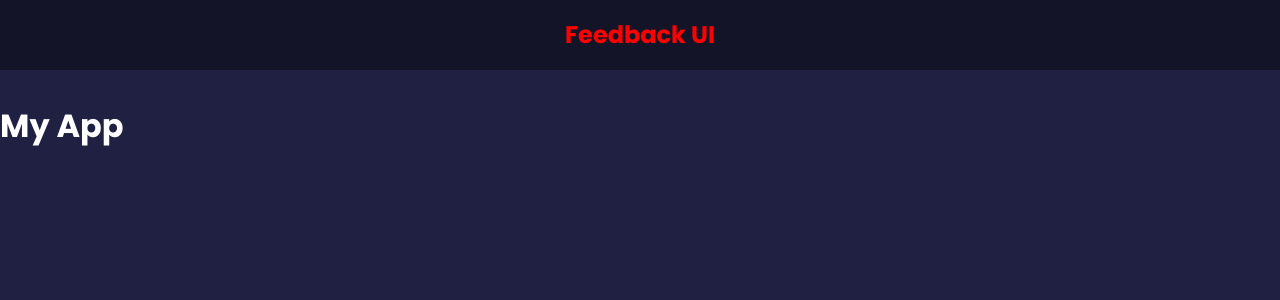
Repository: haokiet2501/feedback-app
Page: /
The author's editor kept a copy of each file at every save. The page is drawn from the files as they stood at one save, then again after the next save.
The browser window is 1280 px wide. The pictures show the whole page.
The project was rebuilt for these pictures with package versions that can differ from the ones it lists, and the page was loaded fresh each time.

Above is the page before, as saved 2022-02-23 09:10:41.

### public/index.html
<!DOCTYPE html>
<html lang="en">
  <head>
    <meta charset="utf-8" />
    <link rel="icon" href="%PUBLIC_URL%/favicon.ico" />
    <meta name="viewport" content="width=device-width, initial-scale=1" />
    <meta name="theme-color" content="#000000" />
    <meta
      name="description"
      content="Web site created using create-react-app"
    />
    <link rel="apple-touch-icon" href="%PUBLIC_URL%/logo192.png" />

    <link rel="manifest" href="%PUBLIC_URL%/manifest.json" />

    <title>Feedback App</title>
  </head>
  <body>
    <noscript>You need to enable JavaScript to run this app.</noscript>
    <div id="root"></div>

  </body>
</html>

### src/index.js
import React from 'react'
import ReactDOM from 'react-dom'
import App from './App'
import './index.css'
ReactDOM.render (
    <React.StrictMode>
        <App />
    </React.StrictMode>,
    document.getElementById('root')
)

### src/App.js
import Header from "./components/Header"

function App() {
    return (
        <>
            <Header />
            <div className="contianer">
                <h1>My App</h1>
            </div>
        </>
    )
}

export default App

### src/components/Header.jsx
import React from 'react'
import ProTypes from 'prop-types'

const Header = ({ text, bgColor, textColor }) => {
  const handleStyles = {
      backgroundColor: bgColor,
      color: textColor
  }
  return (
    <header style={handleStyles}>
        <div className="container">
            <h2>{text}</h2>
        </div>
    </header>
  )
}

Header.defaultProps = {
    text: 'Feedback UI',
    bgColor: 'rgba(0, 0, 0, 0.4)',
    textColor: 'red'
}

Header.proTypes = {
    text: ProTypes.string,
    bgColor: ProTypes.string,
    textColor: ProTypes.string,
}

export default Header

Loaded but not shown: src/index.css (common file)

After the next save:
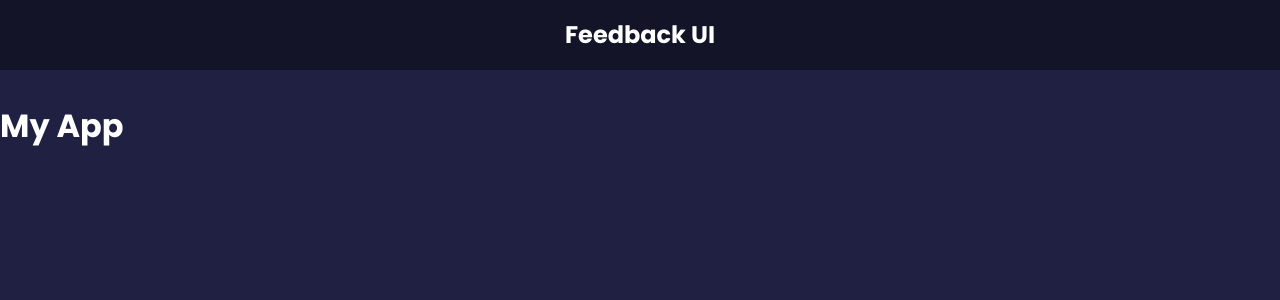
Saved 18 s later.
--- a/src/components/Header.jsx
+++ b/src/components/Header.jsx
@@ -18,7 +18,7 @@ const Header = ({ text, bgColor, textColor }) => {
 Header.defaultProps = {
     text: 'Feedback UI',
     bgColor: 'rgba(0, 0, 0, 0.4)',
-    textColor: 'red'
+    textColor: ''
 }
 
 Header.proTypes = {
